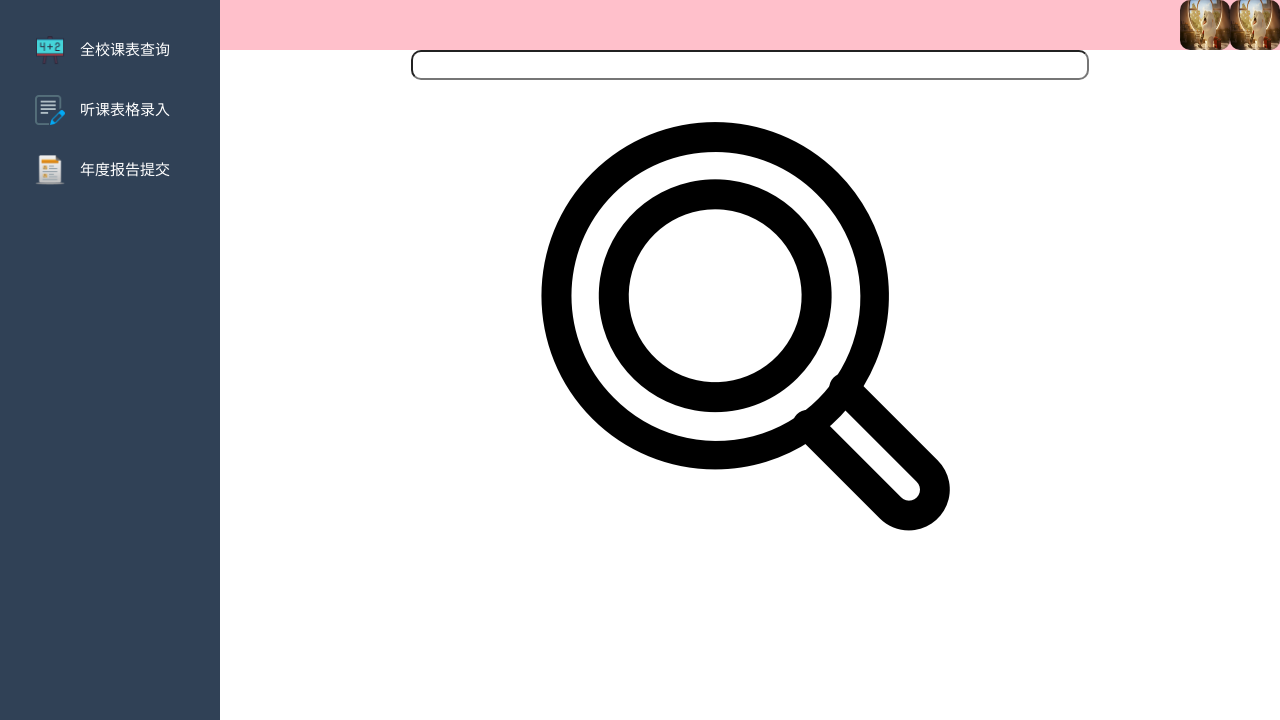
Repository: shandamengcheng/graduate-project
Page: /home/search
These files come from the project's save history. The page is drawn as it stood at one moment and after the next save; the edit follows.
The browser window is 1280 px wide. The pictures show the whole page.
The project was rebuilt for these pictures with package versions that can differ from the ones it lists, and the page was loaded fresh each time. Also part of the build but not shown: src/views/Login.vue.

Above is the page before, as saved 2021-03-11 19:19:23.

### src/App.vue
<template>
  <div id="app">
    <router-view/>
  </div>
</template>

<style>
* {
  margin: 0;
  padding: 0;
  -webkit-box-sizing: inherit;
  box-sizing: inherit;
}

#app, html, body{
  font-family: Avenir, Helvetica, Arial, sans-serif;
  -webkit-font-smoothing: antialiased;
  -moz-osx-font-smoothing: grayscale;
  text-align: center;
  color: #2c3e50;
  height: 100%;
  overflow: hidden;
}

</style>

### src/router/index.js
import Vue from 'vue'
import VueRouter from 'vue-router'
import Home from '../views/Home.vue'
import Login from '../views/Login.vue';
import Search from '../components/Search.vue';

Vue.use(VueRouter)

const routes = [
  {
    path: '/',
    name: 'Login',
    component: Login
  },
  {
    path: '/home',
    name: Home,
    component: Home,
    children:[
      {
        path: '/',
        name: 'Search',
        component: Search,
      },
      {
        path: 'search',
        name: 'Search',
        component: Search,
      }
    ]
  }
]

const router = new VueRouter({
  mode: 'history',
  base: process.env.BASE_URL,
  routes
})

export default router

### src/views/Home.vue
<template>
  <div class="home">
    <SideBar />
    <div class="main">
      <NavigationBar />
      <router-view />
      <!-- <Search /> -->
    </div>
  </div>
</template>

<script>
// @ is an alias to /src
import Login from "@/views/Login";
import SideBar from "@/components/SideBar";
import NavigationBar from "@/components/NavigationBar";
import Search from "@/components/Search";

export default {
  name: "Home",
  components: {
    Login,
    SideBar,
    NavigationBar,
    Search,
  },
};
</script>

<style scoped>
.home {
  min-height: 100%;
  width: 100%;
  display: flex;
  flex-direction: row;
  /* background-color: #2d3a4b;
    color: white; */
  overflow: hidden;
}
.main {
  width: calc(100% - 220px);
  min-width: 600px;
}
</style>

### src/components/Search.vue
<template>
  <div class="Search">
    <input type="search" />
    <img src="@/assets/search.png" >
  </div>
</template>

<script>
export default {
  name: "Search",
};
</script>

<style scoped>
.Search {
  width: 80%;
  margin: auto;
  height: 30px;
}
.Search input {
  display: block;
  width: 80%;
  height: 100%;
  margin: auto;
  border-radius: 10px;
  outline: none;
  font-size: 20px;
  padding: 0 5px;
  box-sizing: border-box;
}
</style>

### src/components/SideBar.vue
<template>
  <div class="sidebar">
    <SideBarItem>
      <img src="@/assets/class.png">
      <div>全校课表查询</div>
    </SideBarItem>
    <SideBarItem>
      <img src="@/assets/sheet.png">
      <div>听课表格录入</div>
    </SideBarItem>
    <SideBarItem>
      <img src="@/assets/report.png">
      <div>年度报告提交</div>
    </SideBarItem>
  </div>
</template>

<script>
import SideBarItem from "@/components/SideBarItem";

export default {
  name: "SideBar",
  components: {
    SideBarItem,
  },

}
</script>

<style scoped>
.sidebar {
  width: 220px;
  min-width: 220px;
  height: 100vh;
  background: #304156;
  color: white;
  font-size: 15px;
  text-align: center;
  display: flex;
  flex-direction: column;
  padding-top: 20px;
}
</style>

### src/components/NavigationBar.vue
<template>
  <div class="navbar">
    <img src="@/assets/bai.jpg" class="avatar-img">
    <img src="@/assets/bai.jpg" class="avatar-submenu">
  </div>
</template>

<script>
export default {
  name: "NavigationBar",
}
</script>

<style scoped>
.navbar {
  width: 100%;
  height: 50px;
  background: pink;
  display: flex;
  justify-content: flex-end;
}
.navbar img {
  display: inline-block;
  height: 100%;
  width: 50px;
  border-radius: 10px;
}
</style>

### src/components/SideBarItem.vue
<template>
  <div class="sidebar-item" @click="showSearchView">
    <slot>默认列表项</slot>
  </div>
</template>

<script>
export default {
  name: "SideBarItem",
  methods: {
    showSearchView: function() {
      this.$router.push('/home/search');
    }
  }
}
</script>

<style scoped>
.sidebar-item {
  height: 60px;
  padding: 0 10px;
  line-height: 60px;
  border: none;
  outline: none;
  cursor: pointer;
  display: flex;
  justify-content: center;
}
.sidebar-item img {
  /* display: inline-block; */
  align-self: center;
  height: 50%;
  vertical-align: middle;
  width: 15%;
  /* margin-right: 5px; */
}
.sidebar-item div {
  width: 60%;
  /* display: inline-block; */
}
</style>

Loaded but not shown: public/index.html (common file); src/main.js (common file); src/store/index.js (common file)

After the next save:
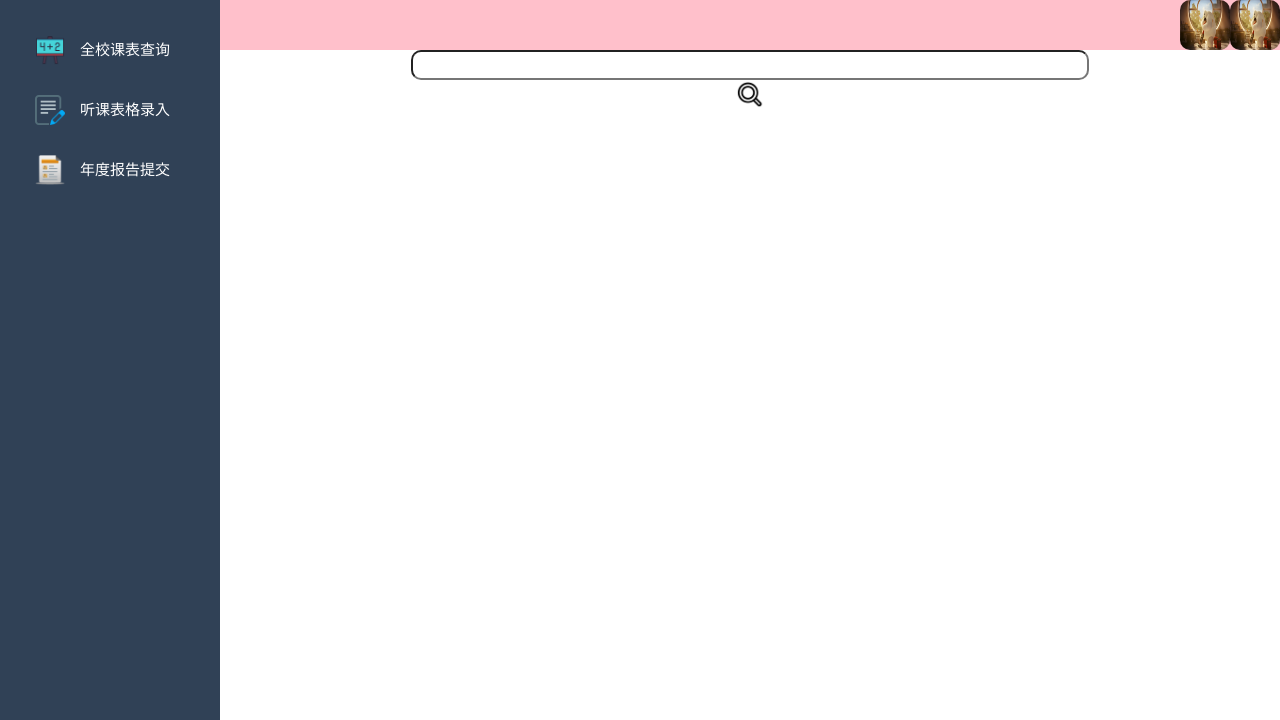
Saved 16 min 40 s later.
--- a/src/components/Search.vue
+++ b/src/components/Search.vue
@@ -1,5 +1,5 @@
 <template>
-  <div class="Search">
+  <div class="search">
     <input type="search" />
     <img src="@/assets/search.png" >
   </div>
@@ -12,12 +12,13 @@ export default {
 </script>
 
 <style scoped>
-.Search {
+.search {
   width: 80%;
   margin: auto;
   height: 30px;
+
 }
-.Search input {
+.search input {
   display: block;
   width: 80%;
   height: 100%;
@@ -28,4 +29,9 @@ export default {
   padding: 0 5px;
   box-sizing: border-box;
 }
+.search img {
+  display: inline-block;
+  width: 30px;
+  height: 30px;
+}
 </style>
